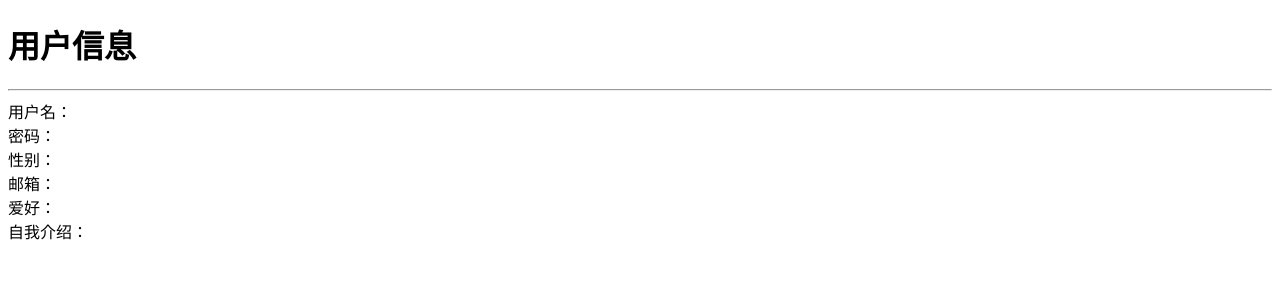
Repository: DFmoon/Servlet
Page: http://localhost/Exercise/3.2_userinfo.jsp
These files come from the project's save history. The page is drawn as it stood at one moment and after the next save; the edit follows.
The browser window is 1280 px wide. The pictures show the whole page.
The page is served by Tomcat 9. Other server files are loaded and not shown.

Above is the page before, as saved 2018-08-17 08:30:58.

### Exercise/WebContent/3.2_userinfo.jsp
<%@ page language="java" contentType="text/html; charset=utf-8"%>
<!DOCTYPE html PUBLIC "-//W3C//DTD HTML 4.01 Transitional//EN" "http://www.w3.org/TR/html4/loose.dtd">
<html>
<head>
<meta http-equiv="Content-Type" content="text/html; charset=utf-8">
<title>userinfo</title>
</head>
<body>
	<h1>用户信息</h1>
	<hr>
	用户名：<br>
	密码：<br>
	性别：<br>
	邮箱：<br>
	爱好：<br>
	自我介绍：<br>
</body>
</html>

After the next save:
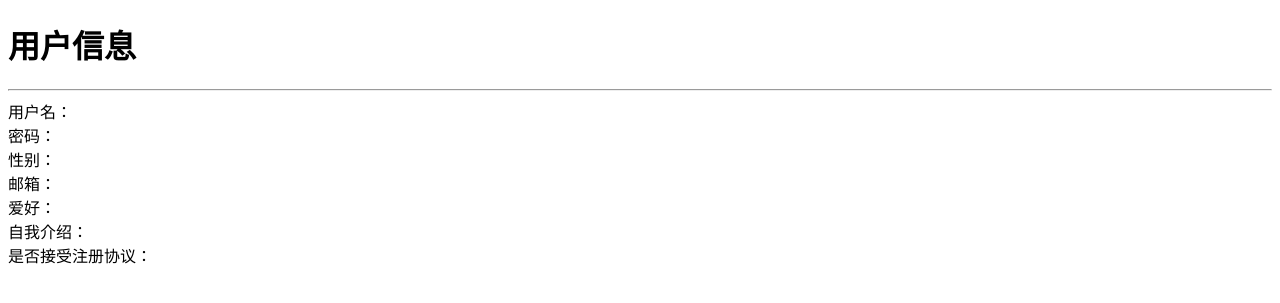
Saved 2 min 10 s later.
--- a/Exercise/WebContent/3.2_userinfo.jsp
+++ b/Exercise/WebContent/3.2_userinfo.jsp
@@ -14,5 +14,6 @@
 	邮箱：<br>
 	爱好：<br>
 	自我介绍：<br>
+	是否接受注册协议：<br>
 </body>
 </html>
